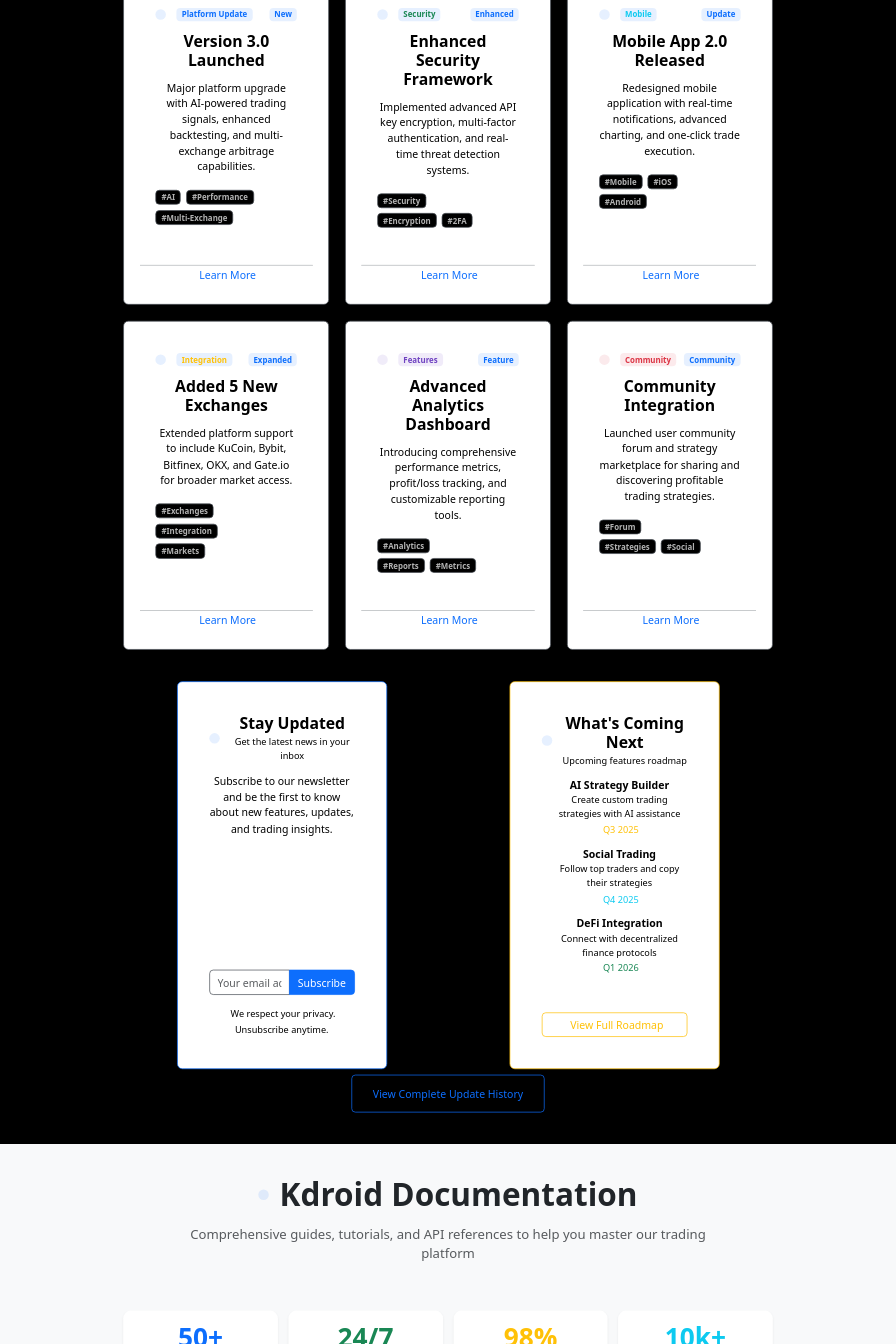
Repository: Kevin-Pro-Codes/halo-trading
Page: /
These files come from the project's save history. The page is drawn as it stood at one moment and after the next save; the edit follows.
The browser window is 1280 px wide. The pictures show the part of the page from y = 3615 to 5535 px (the page is 19535 px tall before and 19564 px after), at 70% of full size.
The page's requests for data from a server got no answer. The project was rebuilt for these pictures with package versions that can differ from the ones it lists, and the page was loaded fresh each time. Some packages were replaced by stand-ins written for this rebuild. No one was signed in, and anything a server would have sent is missing. Also part of the build but not shown: vite.config.js, src/styles/DocStyle.css, src/styles/PricingStyle.css.

Above is the page before, as saved 2025-12-09 19:13:04.

After the next save:
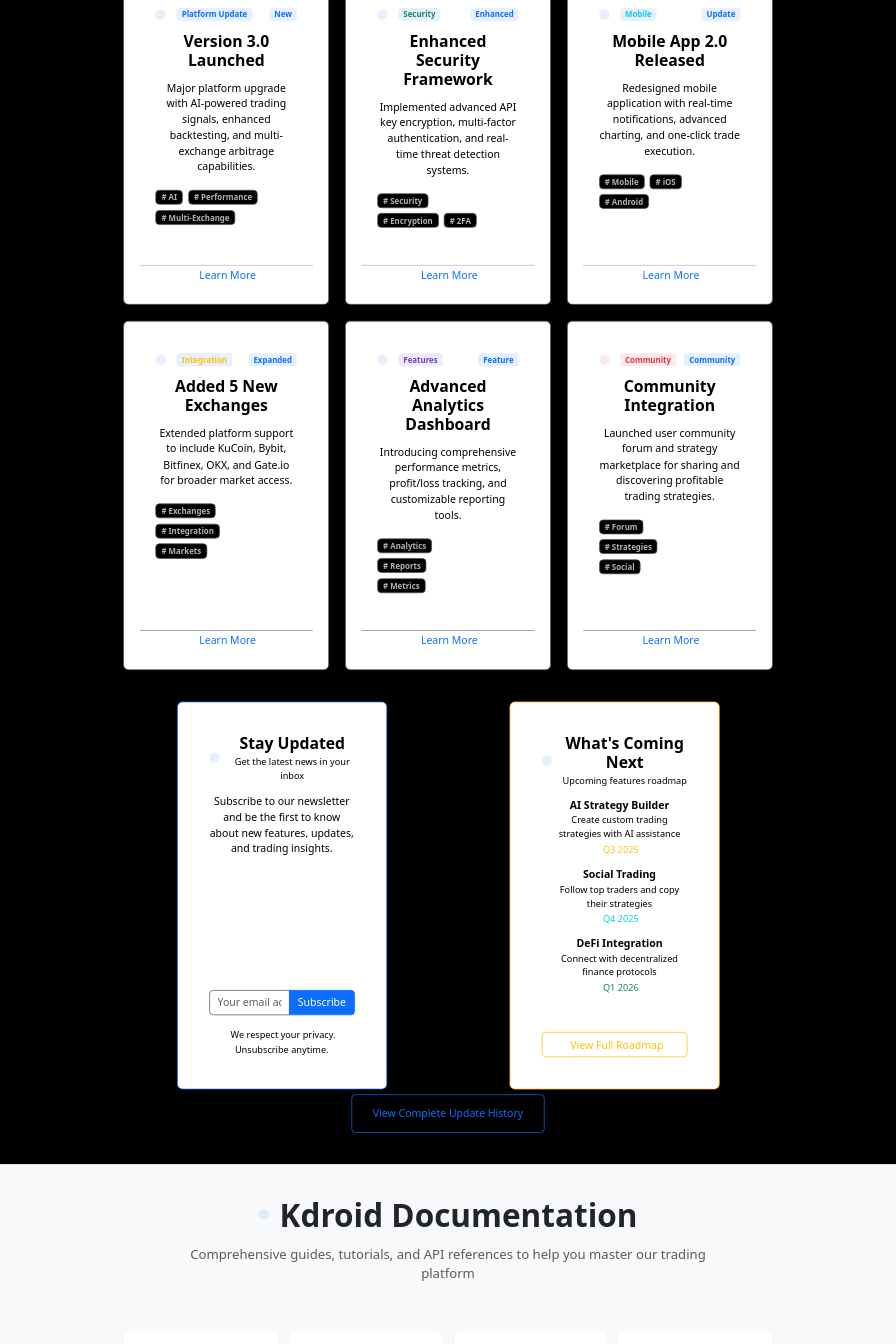
Saved 23 s later.
--- a/src/components/LatestSection.jsx
+++ b/src/components/LatestSection.jsx
@@ -177,7 +177,7 @@
                         <div className="d-flex flex-wrap gap-2">
                           {update.tags.map((tag, index) => (
                             <span key={index} className="badge bg-dark border border-secondary text-white-50 small">
-                              #{tag}
+                              # {tag}
                             </span>
                           ))}
                         </div>

After the save that followed:
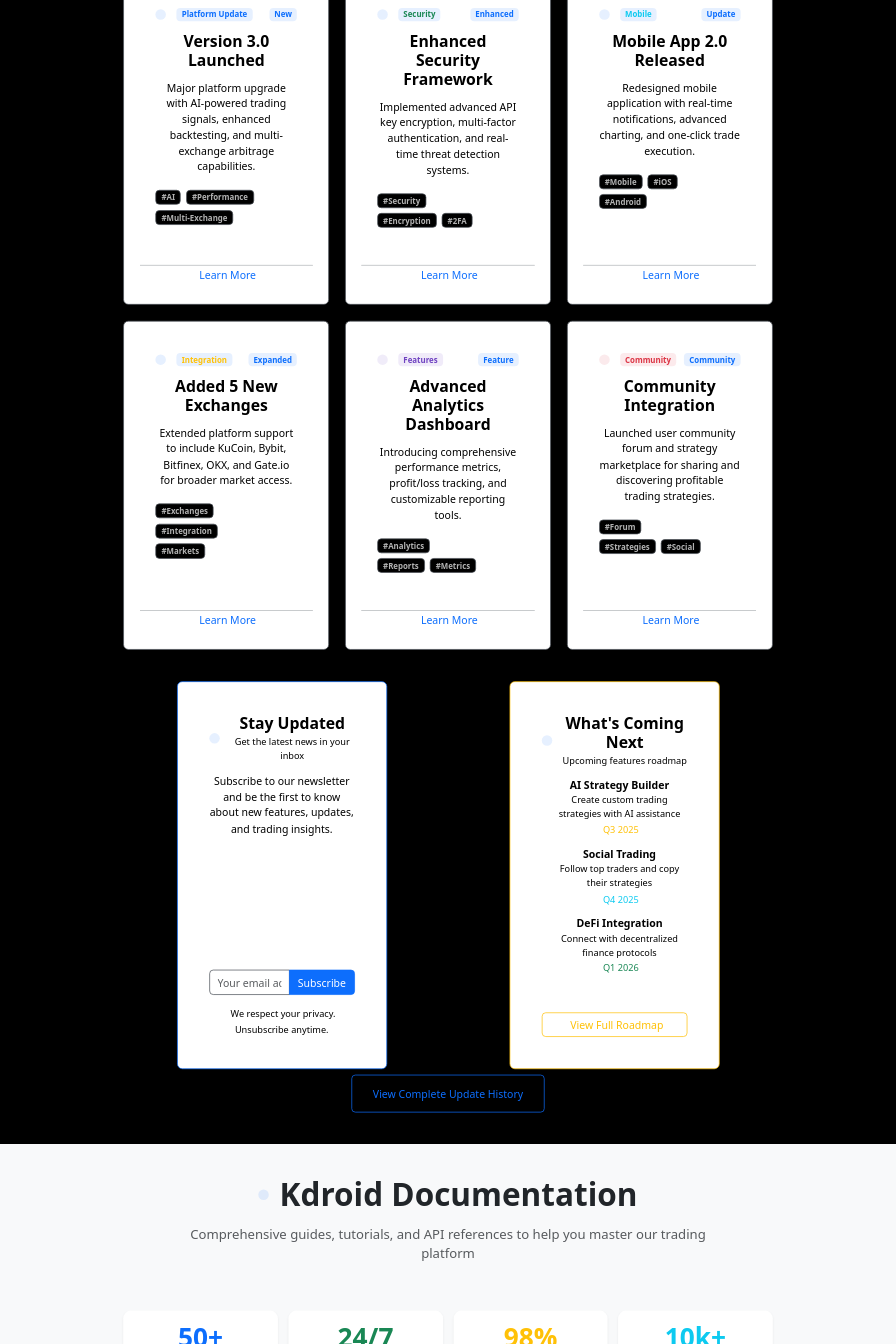
Saved 5 s later.
--- a/src/components/LatestSection.jsx
+++ b/src/components/LatestSection.jsx
@@ -177,7 +177,7 @@
                         <div className="d-flex flex-wrap gap-2">
                           {update.tags.map((tag, index) => (
                             <span key={index} className="badge bg-dark border border-secondary text-white-50 small">
-                              # {tag}
+                              #{tag}
                             </span>
                           ))}
                         </div>
